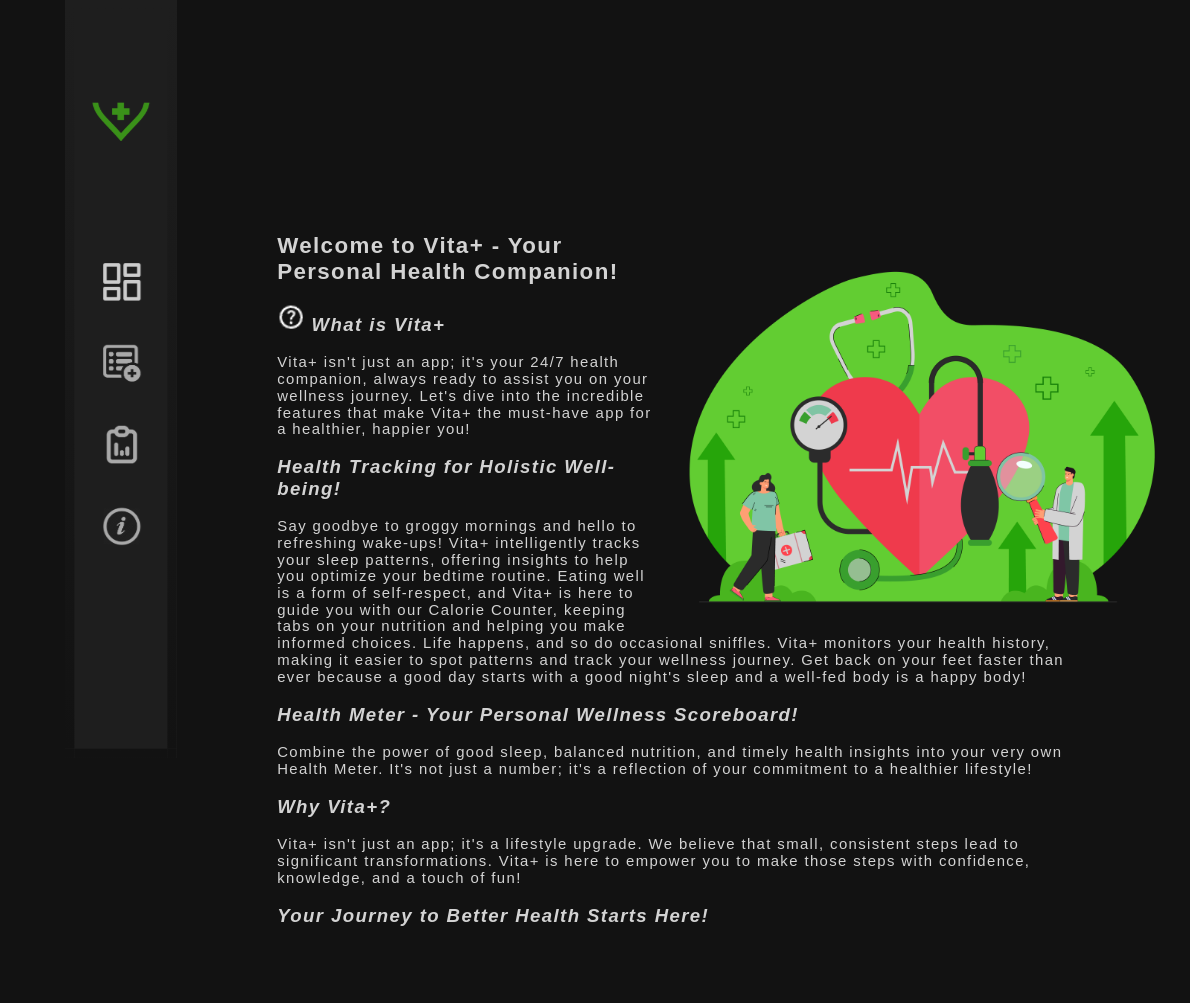
Repository: mhmd-bilal/health-analytics-dashboard
Page: http://localhost/project/info.jsp
An editor plug-in stored every save of this project. The page is shown before and after the next save, followed by the edit.
The browser window is 1280 px wide. The pictures show the whole page, at 93% of full size.
Some web fonts or font styles are not loaded; a fallback is used. Some web libraries are served in a nearby version. The page is served by Tomcat 10. Other server files are loaded and not shown.

Above is the page before, as saved 2023-12-06 13:39:00.

### project/src/main/webapp/info.jsp
<%@ page import="project.SleepCalculator" %>
  <%@ page import="project.CaloriesCalculator" %>
    <%@ page import="project.IllnessCalculator " %>

      <html>

      <head>
        <meta charset="UTF-8">
        <meta name="viewport" content="width=device-width, initial-scale=1.0">
        <title>Your Health Dashboard</title>
        <link rel="stylesheet" href="https://fonts.googleapis.com/css?family=Kanit">
        <link rel="stylesheet" type="text/css" href="styles2.css">
        <meta name="viewport" content="width=device-width, initial-scale=1">
        <script src='https://cdnjs.cloudflare.com/ajax/libs/jquery/3.2.1/jquery.min.js'></script>
<link rel="stylesheet" href="https://fonts.googleapis.com/icon?family=Material+Icons">
        <script>
          // Use fetch to trigger the SleepAnalyticsServlet on page load
          function fetchSleepAnalytics() {
            fetch('SleepAnalyticsServlet')
              .then(response => response.text())
              .then(data => {
                // Optional: You can add logic to update the UI based on the response from the servlet
                console.log(data);
              })
              .catch(error => {
                console.error('Error:', error);
              });
          }
          function submitForm() {
            var inputValue = document.getElementById("inputValue").value;

            fetch('SaveToDatabaseServlet', {
              method: 'POST',
              headers: {
                'Content-Type': 'application/x-www-form-urlencoded',
              },
              body: 'inputValue=' + encodeURIComponent(inputValue),
            })
              .then(response => response.json())
              .then(data => {
                alert(data.message);
                if (data.recordAdded) {
                  alert('Record added successfully!');
                }
              })
              .catch(error => {
                console.error('Error:', error);
              });
          }

          function redirectToAddRecordPage() {
            window.location.href = 'addrecord.jsp';
          }



        </script>

      </head>
      <body style="overflow:hidden">
      <img src="infograhic.png" class="infograhic" height="400px" ></p>
      <div class="sidenav">
    <a href="#" style="padding-bottom: 100px;padding-left: 10px;"><img style="width: 95%;filter: brightness(1);" src="logo.png"></a>
    <a class="active" href="index2.jsp"><img src="dashboard.png"></a>
    <a href="add.jsp"><img src="add.png"></a>
    <a href="anal.jsp"><img src="anal.png"></a>
    <a href="info.jsp"><img src="info.png"></a>
  </div>
        <div style="width:70%;font-spacing:1px;margin-top:250px;" class="main">
                  <h2 style="font-weight: bolder;">Welcome to Vita+ - Your Personal Health Companion!</h2>
<p style="font-weight: bold;font-style:italic;font-size: 20px;;"><img src="help.png" style="height:30px;filter: invert(100%);background-color:none" > What is Vita+</p>
Vita+ isn't just an app; it's your 24/7 health companion, always ready to assist you on your wellness journey. Let's dive into the incredible features that make Vita+ the must-have app for a healthier, happier you!

<p style="font-weight: bold;font-style:italic;font-size: 20px;">Health Tracking for Holistic Well-being!</p>
<p>Say goodbye to groggy mornings and hello to refreshing wake-ups! Vita+ intelligently tracks your sleep patterns, offering insights to help you optimize your bedtime routine. Eating well is a form of self-respect, and Vita+ is here to guide you with our Calorie Counter, keeping tabs on your nutrition and helping you make informed choices. Life happens, and so do occasional sniffles. Vita+ monitors your health history, making it easier to spot patterns and track your wellness journey. Get back on your feet faster than ever because a good day starts with a good night's sleep and a well-fed body is a happy body!</p>

<p style="font-weight: bold;font-style:italic;font-size: 20px;">Health Meter - Your Personal Wellness Scoreboard!</p>
Combine the power of good sleep, balanced nutrition, and timely health insights into your very own Health Meter. It's not just a number; it's a reflection of your commitment to a healthier lifestyle!

<p style="font-weight: bold;font-style:italic;font-size: 20px;">Why Vita+?</p>
Vita+ isn't just an app; it's a lifestyle upgrade. We believe that small, consistent steps lead to significant transformations. Vita+ is here to empower you to make those steps with confidence, knowledge, and a touch of fun!

<p style="font-weight: bold;font-style:italic;font-size: 20px;">Your Journey to Better Health Starts Here!

      </div>

      </body>

      </html>

### project/src/main/webapp/styles2.css
body {
  font-family: "Montserrat", sans-serif;
  letter-spacing: 1.5px;
  background-color: #121212;
}

.sidenav {
  align-items: center;
  height: 100%;
  width: 100px;
  position: fixed;
  z-index: 1;
  top: 0;
  left: 0;
  background-color: #1E1E1E;
  overflow-x: hidden;
  padding-top: 75px;
  margin-left: 70px;
  margin-right: 100px;
  margin-top: 0px;
  border: 10px solid;
  border-image: linear-gradient(to bottom, #1E1E1E, #121212) 1;
}

.sidenav img {
  width: 75%;
}

.sidenav a {
  padding: 6px 6px 30px 25px;
  text-decoration: none;
  font-size: 25px;
  color: #d3d3d3;
  display: block;
  filter: brightness(0.8);
  transition: 0.2s;
}

.sidenav a:hover {
  filter: brightness(1.75);
}

.active img {
  filter: brightness(2);
}


.main {
  margin-left: 290px;
  margin-top: 100px;
  color: #d3d3d3;
  width: 1500px;
  height: 820px;
}

.container {
  display: flex;
}

.moodenter {
  border: 0px;
  border-radius: 25px;
  height: 50px;
  line-height: normal;
  color: #282828;
  display: block;
  width: 90%;
  box-sizing: border-box;
  user-select: auto;
  font-size: 16px;
  padding: 0 6px;
  padding-left: 30px;
  outline: none;
  background-color: #d3d3d3;
  margin-right: 10px;

}

.subbtn {
  width: 10%;
  display: inline-block;
  outline: none;
  cursor: pointer;
  font-size: 14px;
  line-height: 1;
  border-radius: 500px;
  transition-property: background-color, border-color, color, box-shadow, filter;
  transition-duration: .3s;
  border: 0px;
  letter-spacing: 2px;
  min-width: 160px;
  text-transform: uppercase;
  white-space: normal;
  font-weight: 700;
  text-align: center;
  padding: 16px 14px 18px;
  color: #fff;
  background-color: #49b51f;
  height: 48px;

  :hover {
    filter: brightness(1.75);
  }

}

.analytics_container {
  width: 100%;
  height: 60%;
  background-color: #121212;
  display: flex;
}

.pie {
  width: 40%;
}

.count {
  background-color: #1E1E1E;
  width: 60%;
  border: solid 8px transparent;
  border-radius: 80px;
  display: grid;
  background-image: linear-gradient(#1E1E1E, #1E1E1E), linear-gradient(to bottom, #1E1E1E, #121212);
  background-origin: border-box;
  background-clip: padding-box, border-box;
}

.counts {
  display: flex;
  margin-bottom: -60px;
}

.health-meter {
  padding: 0px 0px 10px 70px;
  display: flexbox;
  width: 83.5%;
}

.card {
  background-color: none;
  padding: 70px 0px 10px 70px;
  display: flexbox;
  width: 22.5%;
  height: 60%;
  height: 45%;
}

.count-icon {
  width: 60px;
  margin-left: -5px;
}

.count-text {
  font-size: 25px;
  line-height: 0px;
  font-weight: bolder;
  font-style: normal;
  margin-top: 30px;
}

.count-count {
  font-size: 18px;
  line-height: 0px;
  font-weight: lighter;
  margin-top: -12px;

}

.pbbg {
  background-color: #282828;
  width: 100%;
  height: 3%;
  border-radius: 80px;
}

.pb {
  background-color: #49b51f;
  height: 100%;
  border-radius: 80px;
}

.choose {
  width: 100%;
  height: 20%;
  background-color: #121212;
  display: flex;
}

.choose-card {
  height: 120%;
  width: 33%;
  align-items: center;
  text-align: center;
  background-image: linear-gradient(to bottom, #1E1E1E, #121212);
  ;
  border: #121212 solid 9px;
  border-radius: 40px 40px 0px 0px;
  padding: 60px 0px 0px 1px;
  transition: 1s;
  margin-top: 5px;
}

.choose-card a {
  background-color: transparent;
  outline: none;
  border: none;
}

.choose-card:hover {
  translate: 0 -5px;
}

#formFrame {
  margin-top: 200px;
}

.choose-card img {
  height: 70px;
}


.main-entry {
  width: 100%;
  height: 20%;
  text-align: center;
  color: #d3d3d3;
}

.date-pick {
  background-color: #1E1E1E;
  color: white;
  outline: none;
  border: none;
  border-radius: 25px;
  padding: 10px;
}

.subbtnentry {
  width: 40px;
  height: 30px;
  display: inline-block;
  outline: none;
  cursor: pointer;
  font-size: 14px;
  line-height: 1;
  border-radius: 500px;
  transition-property: background-color, border-color, color, box-shadow, filter;
  transition-duration: .3s;
  border: 0px;
  letter-spacing: 2px;
  min-width: 160px;
  text-transform: uppercase;
  white-space: normal;
  font-weight: 600;
  text-align: center;
  padding: 5px;
  color: #fff;
  background-color: #49b51f;
}
.chartFrame{
	outline: none;
	border: none;
	margin-top: 30px;
}

.md{
	text-align: center;
	color: #d3d3d3;
	z-index: 1;
	position: absolute;
	margin-top: -260px;
	margin-left: 245px;
}

.infograhic{
	z-index: 1;
	position: relative;
	padding-top: 20px;
	float: right;
}
@media screen and (max-height: 450px) {
  .sidenav {
    padding-top: 15px;
  }

  .sidenav a {
    font-size: 18px;
  }
}

[data-icon]:before {
  font-family: icons; /* BYO icon font, mapped smartly */
  content: attr(data-icon);
}

After the next save:
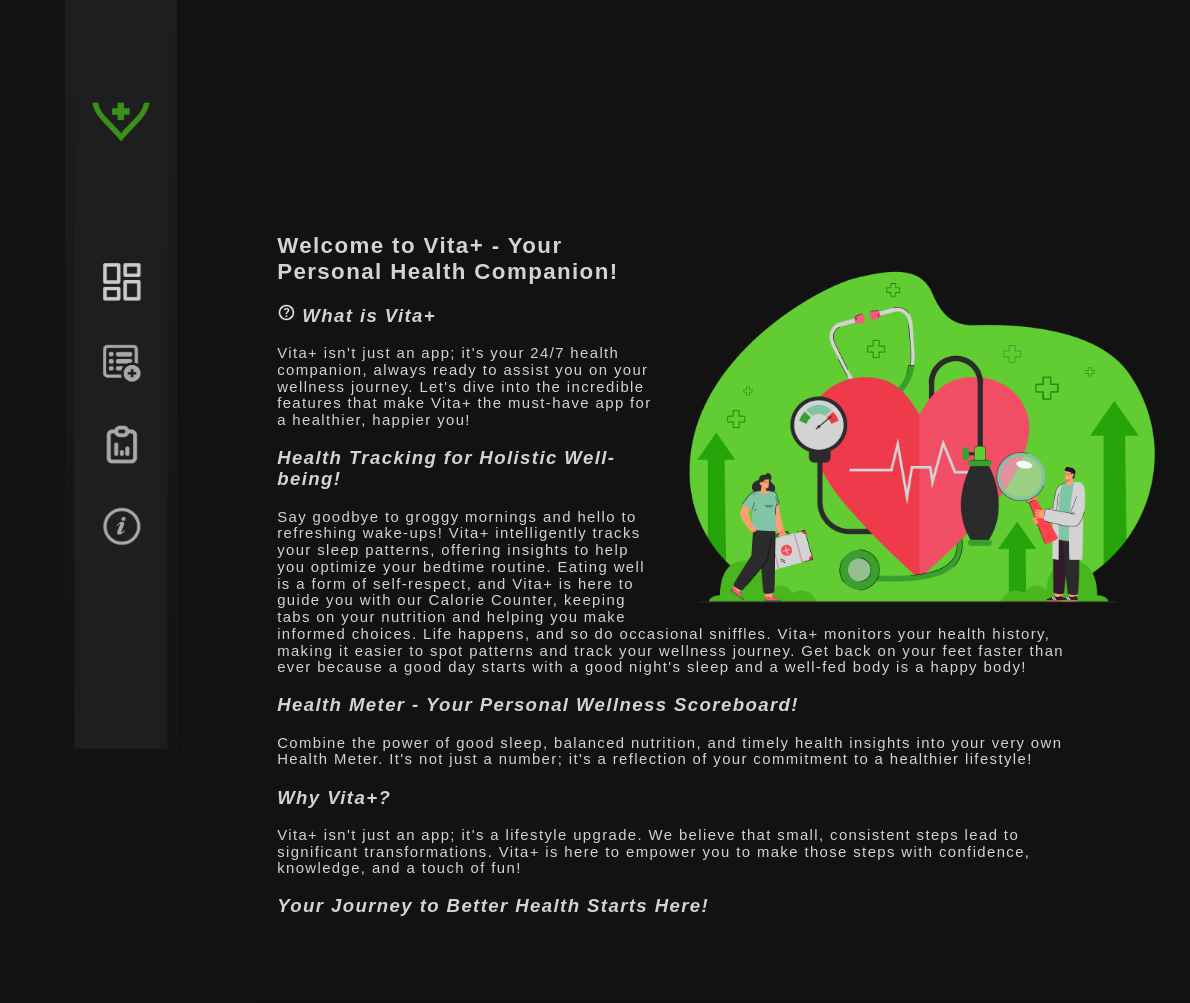
Saved 9 s later.
--- a/project/src/main/webapp/info.jsp
+++ b/project/src/main/webapp/info.jsp
@@ -68,7 +68,7 @@
   </div>
         <div style="width:70%;font-spacing:1px;margin-top:250px;" class="main">
                   <h2 style="font-weight: bolder;">Welcome to Vita+ - Your Personal Health Companion!</h2>
-<p style="font-weight: bold;font-style:italic;font-size: 20px;;"><img src="help.png" style="height:30px;filter: invert(100%);background-color:none" > What is Vita+</p>
+<p style="font-weight: bold;font-style:italic;font-size: 20px;;"><img src="help.png" style="height:20px;filter: invert(100%);background-color:none" > What is Vita+</p>
 Vita+ isn't just an app; it's your 24/7 health companion, always ready to assist you on your wellness journey. Let's dive into the incredible features that make Vita+ the must-have app for a healthier, happier you!
 
 <p style="font-weight: bold;font-style:italic;font-size: 20px;">Health Tracking for Holistic Well-being!</p>
